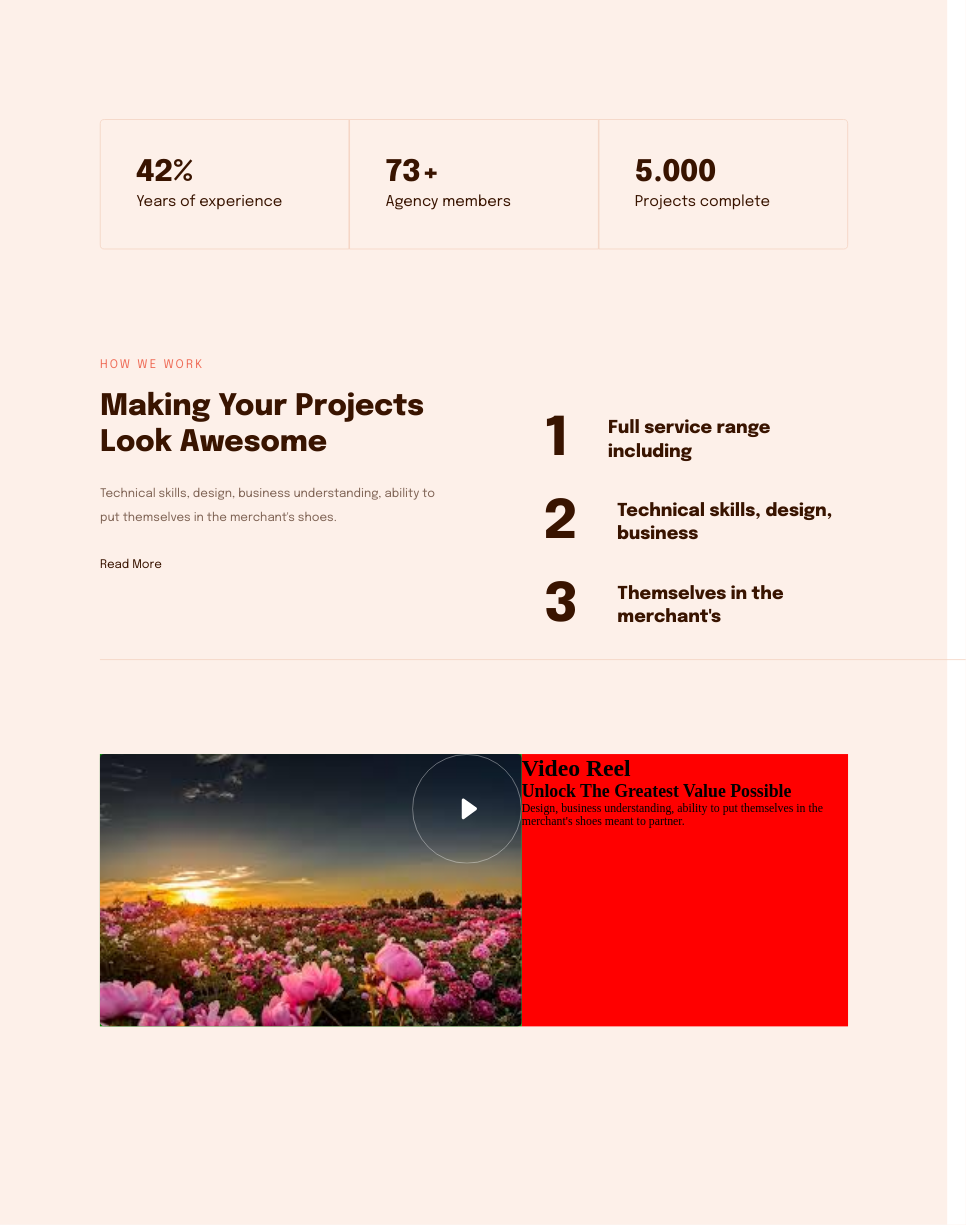
Repository: AytacJafarova/task2
Page: index.html
These files come from the project's save history. The page is drawn as it stood at one moment and after a run of saves; the edit follows.
The browser window is 1280 px wide. The page is 1305 px wide, so the pictures cover 1305 px, including what lies to the right of the window. The pictures show the whole page, at 74% of full size.

Above is the page before, as saved 2023-08-01 14:33:02.

### index.html
<!DOCTYPE html>
<html lang="en">

<head>
    <meta charset="UTF-8">
    <meta name="viewport" content="width=device-width, initial-scale=1.0">
    <title>Document</title>
    <link rel="stylesheet" href="./index.css">
</head>

<body>
    <div class="container">
        <div class="projects">
            <ul>
                <li>

                    <h1>42%</h1>
                    <p>Years of experience</p>
                </li>
                <li>
                    <h1>73+</h1>
                    <p>Agency members</p>
                </li>
                <li>
                    <h1>5.000</h1>
                    <p>Projects complete</p>
                </li>
            </ul>
        </div>
        <div class="work">
            <div class="box1">
                <h1>How we work</h1>
                <h2>Making Your Projects <br> Look Awesome</h2>
                <p>Technical skills, design, business understanding, ability to put themselves in the
                    merchant's shoes.</p>
                <a href="#">Read More</a>
            </div>
            <div class="box2">
                <ul>
                    <li>
                        <h1>1</h1>
                        <p>Full service range including</p>
                    </li>
                    <li>
                        <h1>2</h1>
                        <p>Technical skills, design, business</p>
                    </li>
                    <li>
                        <h1>3</h1>
                        <p>Themselves in the merchant's</p>
                    </li>
                </ul>
            </div>
        </div>
        <div class="border"></div>
        <div class="video">
            <div class="video-img">
                <img class="first" src="./images/images.jpg" alt="">
                <img class="second" src="./images/play.svg" alt="">
            </div>
            <div class="texts">
                <h1>Video Reel</h1>
                <h2>Unlock The Greatest Value Possible</h2>
                <p>Design, business understanding, ability to put themselves in the merchant's shoes meant to partner.
                </p>
            </div>
        </div>
    </div>
</body>

</html>

### index.css
@import url("https://fonts.googleapis.com/css2?family=Epilogue:wght@400;800&display=swap");
* {
  padding: 0;
  margin: 0;
  box-sizing: border-box;
}
.container {
  padding: 161px 134px 268px 135px;
  background: #fdf0e9;
}
.projects ul {
  display: flex;
  /* border-radius: 6px 0px 0px 6px; */
}
.projects ul li {
  display: flex;
  flex-direction: column;
  justify-content: center;
  list-style-type: none;
  border: 1px solid #f3d1bf;
  width: 33.33%;
  height: 176px;
  padding-left: 48px;
}
.projects li:first-child {
  border-radius: 6px 0px 0px 6px;
}
.projects li:last-child {
  border-radius: 0px 6px 6px 0px;
}

.projects ul li h1 {
  color: var(--text-dark, #391400);
  font-feature-settings: "clig" off, "liga" off;
  font-family: Epilogue;
  font-size: 40px;
  font-style: normal;
  font-weight: 800;
  line-height: 48px;
}
.projects ul li p {
  color: var(--text-dark, #391400);
  font-feature-settings: "clig" off, "liga" off;
  font-family: Epilogue;
  font-size: 20px;
  font-style: normal;
  font-weight: 400;
  line-height: 32px;
}
.work {
  display: flex;
  margin-top: 140px;
}
.box1 h1 {
  color: var(--text-dark-accent, #ef6d58);
  font-feature-settings: "clig" off, "liga" off;
  font-family: Epilogue;
  font-size: 16px;
  font-style: normal;
  font-weight: 400;
  line-height: 32px;
  letter-spacing: 3px;
  text-transform: uppercase;
  margin-bottom: 17px;
}
.box1 h2 {
  color: var(--text-dark, #391400);
  font-feature-settings: "clig" off, "liga" off;
  font-family: Epilogue;
  font-size: 40px;
  font-style: normal;
  font-weight: 800;
  line-height: 48px;
  margin-bottom: 30px;
}
.box1 p {
  width: 470px;
  height: 68px;
  flex-shrink: 0;
  color: var(--text-dark-gray, rgba(57, 20, 0, 0.64));
  font-feature-settings: "clig" off, "liga" off;
  font-family: Epilogue;
  font-size: 16px;
  font-style: normal;
  font-weight: 400;
  line-height: 32px;
  margin-bottom: 28px;
}
.box1 a {
  color: var(--text-dark, #391400);
  font-feature-settings: "clig" off, "liga" off;
  font-family: Epilogue;
  font-size: 16px;
  font-style: normal;
  font-weight: 400;
  line-height: 32px;
  text-decoration: none;
}
.box2 {
  display: flex;
  margin-left: 130px;
  margin-top: 78px;
}
.box2 ul li {
  display: flex;
  align-items: center;
  list-style-type: none;
  margin-bottom: 32px;
}
.box2 ul li h1 {
  margin-right: 55px;
  color: #391400;
  font-feature-settings: "clig" off, "liga" off;
  font-family: Epilogue;
  font-size: 72px;
  font-style: normal;
  font-weight: 800;
  line-height: 80px;
  letter-spacing: -2px;
}
.box2 ul li p {
  color: var(--text-dark, #391400);
  font-feature-settings: "clig" off, "liga" off;
  font-family: Epilogue;
  font-size: 24px;
  font-style: normal;
  font-weight: 700;
  line-height: 32px;
}
.border {
  width: 1170px;
  height: 1px;
  flex-shrink: 0;
  background: #f3d1bf;
}
.video {
  display: flex;
  margin-top: 127px;
}
.video .texts{
    background-color: red;
}
.video-img{
    width: 570px;
    height: 368px;
background-color: green;
position: relative;
}
.video .video-img .first {
  width: 570px;
  height: 368px;
  flex-shrink: 0;
  border-radius: 6px;
}
.video .video-img .second {
  width: 148px;
  height: 148px;
  flex-shrink: 0;
  color: #FFFF;
  margin-bottom: 0;
  position: absolute;
  top: 0;
  right: 0;

}
.video-img {
  /* position: relative; */
}

After the next 5 saves:
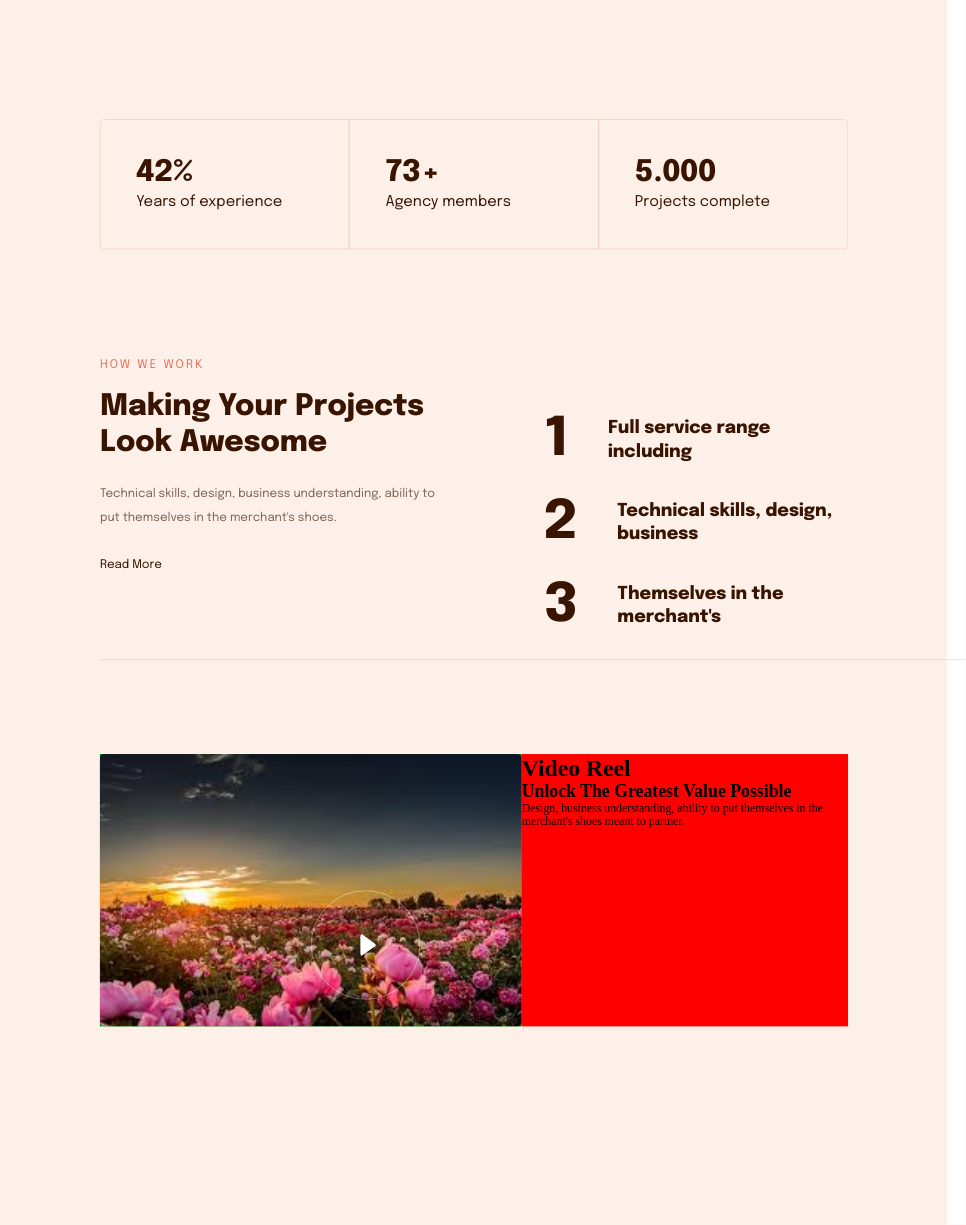
The 5 saves are shown as one change because they came seconds apart.
The last was saved 27 s later.
--- a/index.css
+++ b/index.css
@@ -159,8 +159,9 @@ position: relative;
   color: #FFFF;
   margin-bottom: 0;
   position: absolute;
-  top: 0;
-  right: 0;
+ left: 50%;
+ top: 50%;
+ tr
 
 }
 .video-img {
